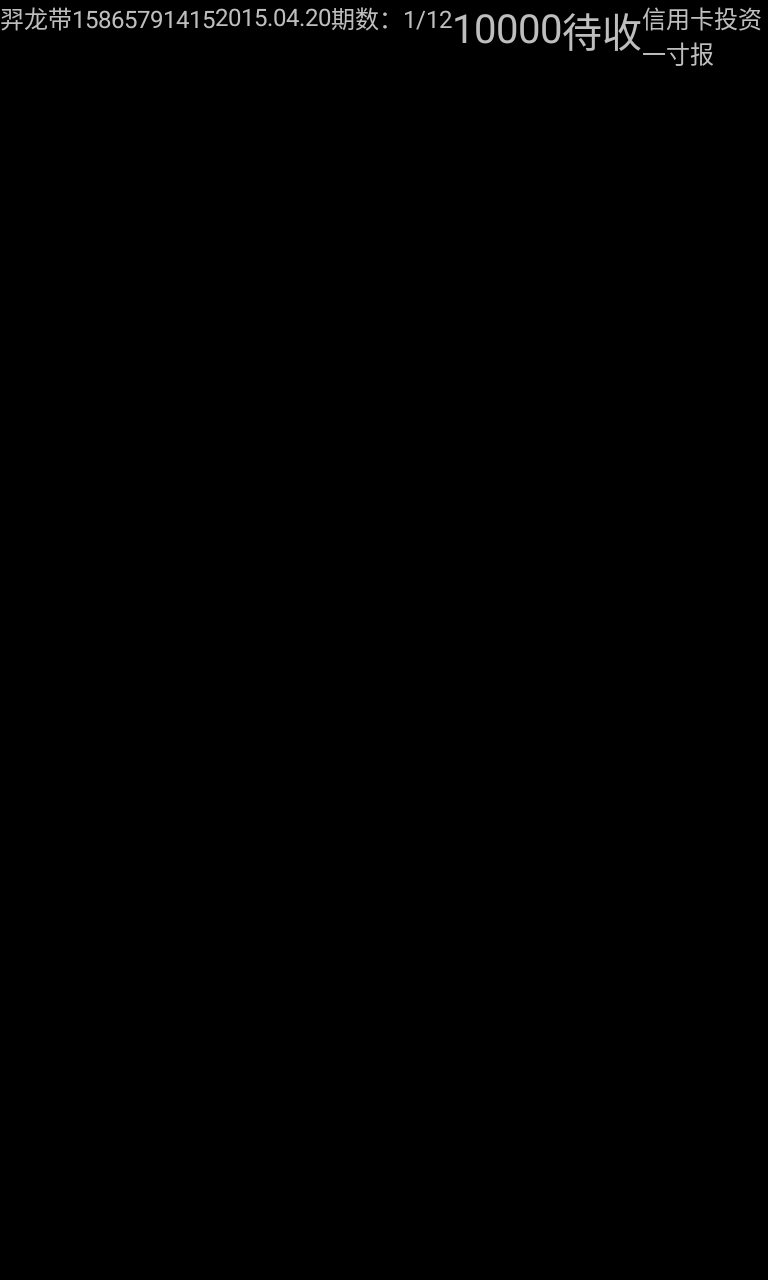
Repository: gongxinge/money-android
Layout: P2P/res/layout/billdetaillistitem.xml
The author's editor kept a copy of each file at every save. The layout is drawn from the files as they stood at one save, then again after the next save.
It is drawn on a 768 x 1280 px phone screen (xhdpi) without system bars, with theme android:Theme; the app's code is not run.

Above is the layout before, as saved 2015-06-28 03:28:20.

### P2P/res/layout/billdetaillistitem.xml
<?xml version="1.0" encoding="utf-8"?>
<LinearLayout xmlns:android="http://schemas.android.com/apk/res/android"
    android:layout_width="match_parent"
    android:layout_height="match_parent"
    android:orientation="horizontal" >

    <LinearLayout
        android:id="@+id/llCenter"
        android:layout_width="wrap_content"
        android:layout_height="wrap_content"
        android:orientation="horizontal" >

        <LinearLayout
            android:id="@+id/llCenter"
            android:layout_width="wrap_content"
            android:layout_height="wrap_content"
            android:orientation="horizontal" >

            <TextView
                android:id="@+id/tvSiteName"
                android:layout_width="wrap_content"
                android:layout_height="wrap_content"
                android:text="羿龙带"
                android:textSize="12dp" />

            <TextView
                android:id="@+id/tvSiteUserName"
                android:layout_width="wrap_content"
                android:layout_height="wrap_content"
                android:text="15865791415"
                android:textSize="12dp" />

        </LinearLayout>

        <LinearLayout
            android:id="@+id/llCenter"
            android:layout_width="wrap_content"
            android:layout_height="wrap_content"
            android:orientation="horizontal" >

        <TextView
            android:id="@+id/tvRecDate"
            android:layout_width="wrap_content"
            android:layout_height="wrap_content"
            android:layout_gravity="center_horizontal"
            android:text="2015.04.20"
            android:textSize="12dp" />
            <TextView
                android:id="@+id/tvPeriods"
                android:layout_width="wrap_content"
                android:layout_height="wrap_content"
                android:text="期数：1/12"
                android:textSize="12dp" />
            </LinearLayout>
    </LinearLayout>

        <TextView
            android:id="@+id/tvRecAll"
            android:layout_width="wrap_content"
            android:layout_height="wrap_content"
            android:layout_gravity="center_horizontal"
            android:text="10000"
            android:textSize="20dp" />
    <TextView
        android:id="@+id/tvState"
        android:layout_width="wrap_content"
        android:layout_height="wrap_content"
        android:text="待收"
        android:textSize="20dp" />


    <LinearLayout
        android:id="@+id/llRight"
        android:layout_width="wrap_content"
        android:layout_height="wrap_content"
        android:orientation="vertical" >

        <TextView
            android:id="@+id/tvRemark"
            android:layout_width="wrap_content"
            android:layout_height="wrap_content"
            android:layout_gravity="center_horizontal"
            android:text="信用卡投资一寸报"
            android:textSize="12dp" />
    </LinearLayout>



</LinearLayout>

After the next save:
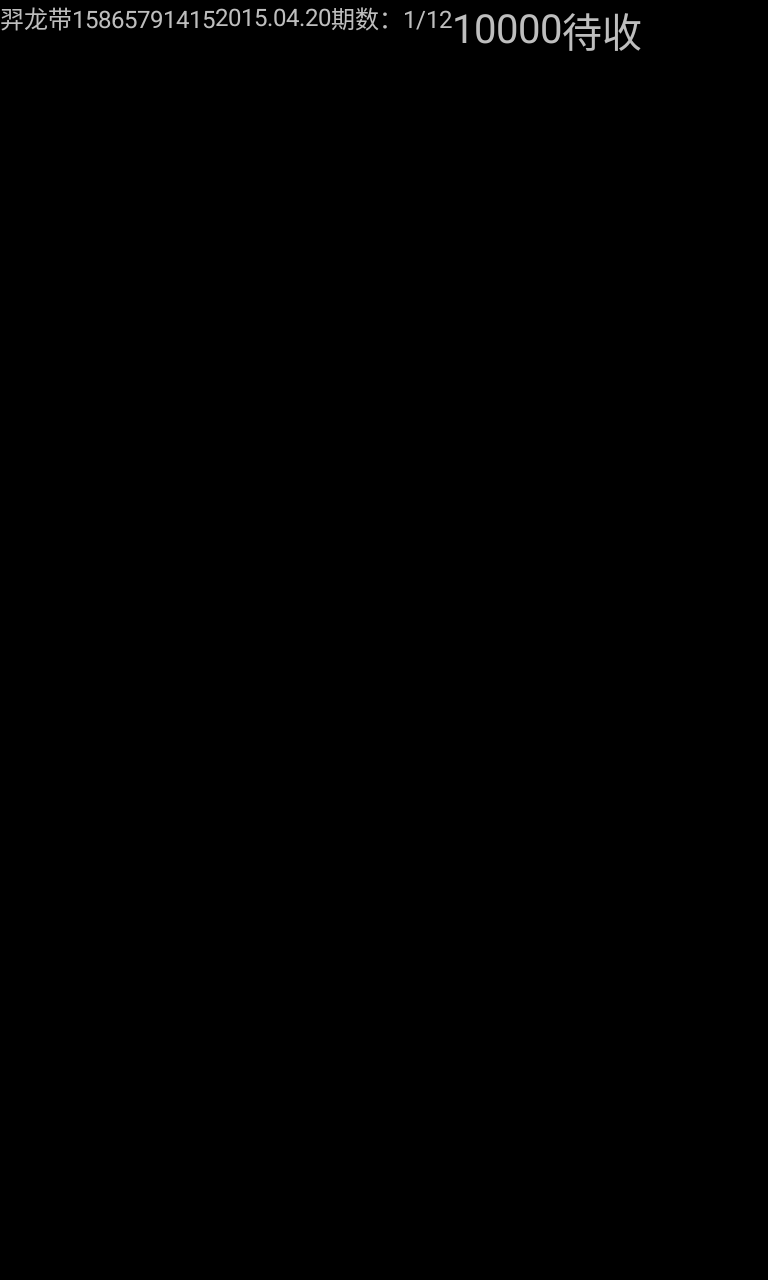
Saved 35 s later.
--- a/P2P/res/layout/billdetaillistitem.xml
+++ b/P2P/res/layout/billdetaillistitem.xml
@@ -61,13 +61,14 @@
             android:layout_gravity="center_horizontal"
             android:text="10000"
             android:textSize="20dp" />
+
     <TextView
         android:id="@+id/tvState"
         android:layout_width="wrap_content"
         android:layout_height="wrap_content"
         android:text="待收"
         android:textSize="20dp" />
-
+    </LinearLayout>
 
     <LinearLayout
         android:id="@+id/llRight"
@@ -85,5 +86,4 @@
     </LinearLayout>
 
 
-
 </LinearLayout>

After the 4 saves that followed:
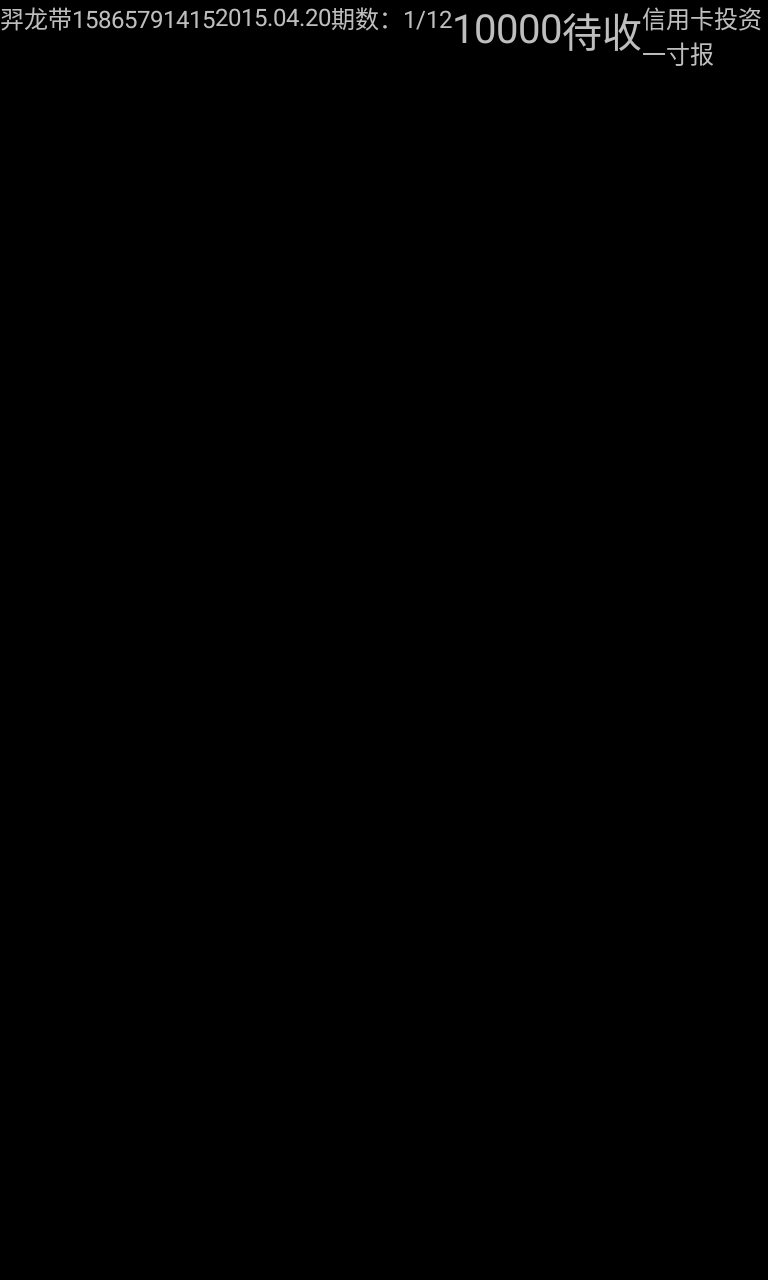
The 4 saves are shown as one change because 3 left the picture as it was.
The last was saved 52 s later.
--- a/P2P/res/layout/billdetaillistitem.xml
+++ b/P2P/res/layout/billdetaillistitem.xml
@@ -29,7 +29,6 @@
                 android:layout_height="wrap_content"
                 android:text="15865791415"
                 android:textSize="12dp" />
-
         </LinearLayout>
 
         <LinearLayout
@@ -38,21 +37,21 @@
             android:layout_height="wrap_content"
             android:orientation="horizontal" >
 
-        <TextView
-            android:id="@+id/tvRecDate"
-            android:layout_width="wrap_content"
-            android:layout_height="wrap_content"
-            android:layout_gravity="center_horizontal"
-            android:text="2015.04.20"
-            android:textSize="12dp" />
+            <TextView
+                android:id="@+id/tvRecDate"
+                android:layout_width="wrap_content"
+                android:layout_height="wrap_content"
+                android:layout_gravity="center_horizontal"
+                android:text="2015.04.20"
+                android:textSize="12dp" />
+
             <TextView
                 android:id="@+id/tvPeriods"
                 android:layout_width="wrap_content"
                 android:layout_height="wrap_content"
                 android:text="期数：1/12"
                 android:textSize="12dp" />
-            </LinearLayout>
-    </LinearLayout>
+        </LinearLayout>
 
         <TextView
             android:id="@+id/tvRecAll"
@@ -62,12 +61,12 @@
             android:text="10000"
             android:textSize="20dp" />
 
-    <TextView
-        android:id="@+id/tvState"
-        android:layout_width="wrap_content"
-        android:layout_height="wrap_content"
-        android:text="待收"
-        android:textSize="20dp" />
+        <TextView
+            android:id="@+id/tvState"
+            android:layout_width="wrap_content"
+            android:layout_height="wrap_content"
+            android:text="待收"
+            android:textSize="20dp" />
     </LinearLayout>
 
     <LinearLayout
@@ -85,5 +84,5 @@
             android:textSize="12dp" />
     </LinearLayout>
 
-
-</LinearLayout>
+    <LinearLayout>
+    </LinearLayout>
